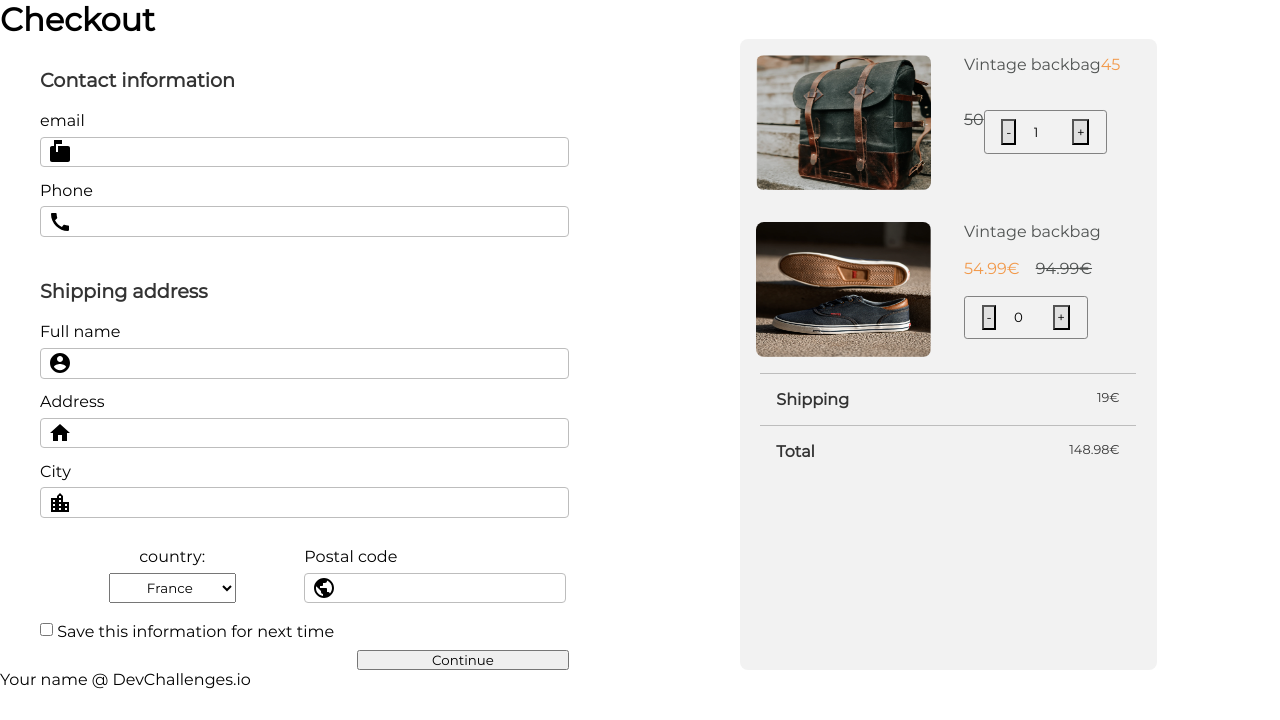
Repository: dubar-jeremy/checkout-page-master
Page: index.html
These files come from the project's save history. The page is drawn as it stood at one moment and after the next save; the edit follows.
The browser window is 1280 px wide. The pictures show the whole page.
The style sheet was rebuilt from its Sass, Less or Tailwind sources for each picture, by a compiler version that may differ from the author's.

Above is the page before, as saved 2021-02-06 00:11:58.

After the next save:
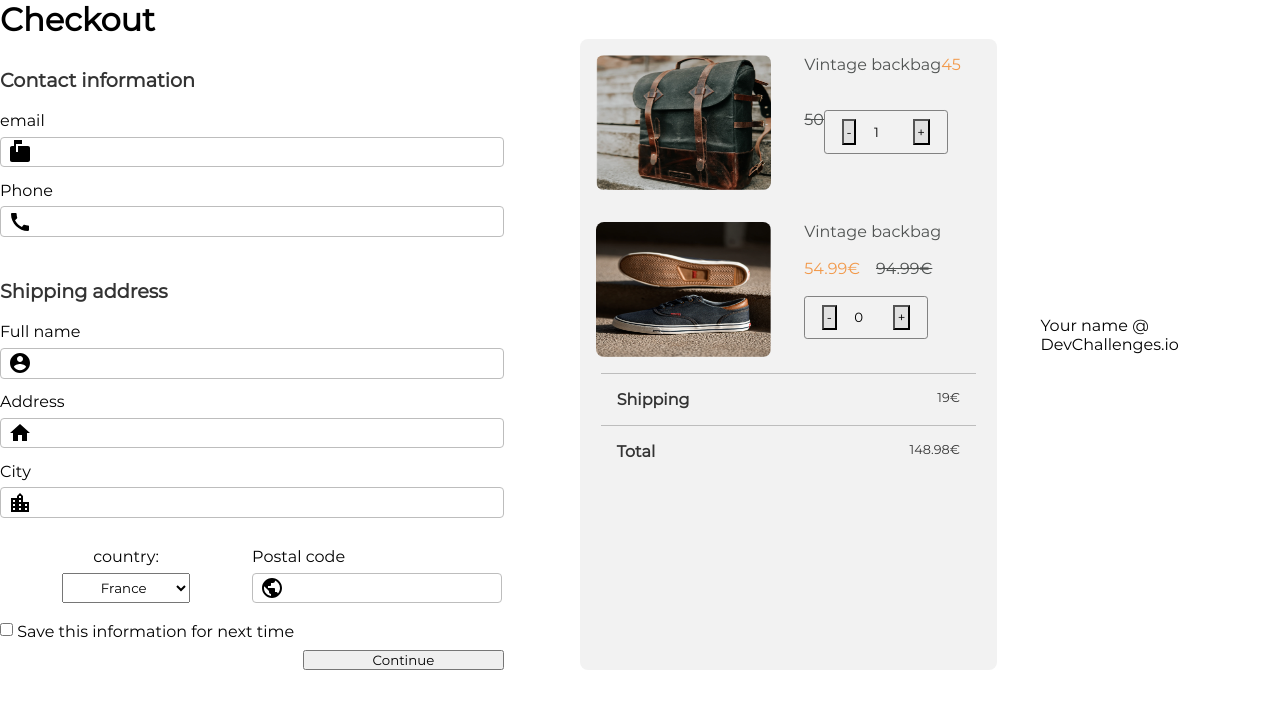
Saved 104 s later.
--- a/style/style.scss
+++ b/style/style.scss
@@ -25,6 +25,11 @@ $background-price: #f2f2f2;
   font-family: "Montserrat", sans-serif;
 }
 
+body {
+  display: flex;
+  justify-content: center;
+  align-items: center;
+}
 /*
   Main area
 */
